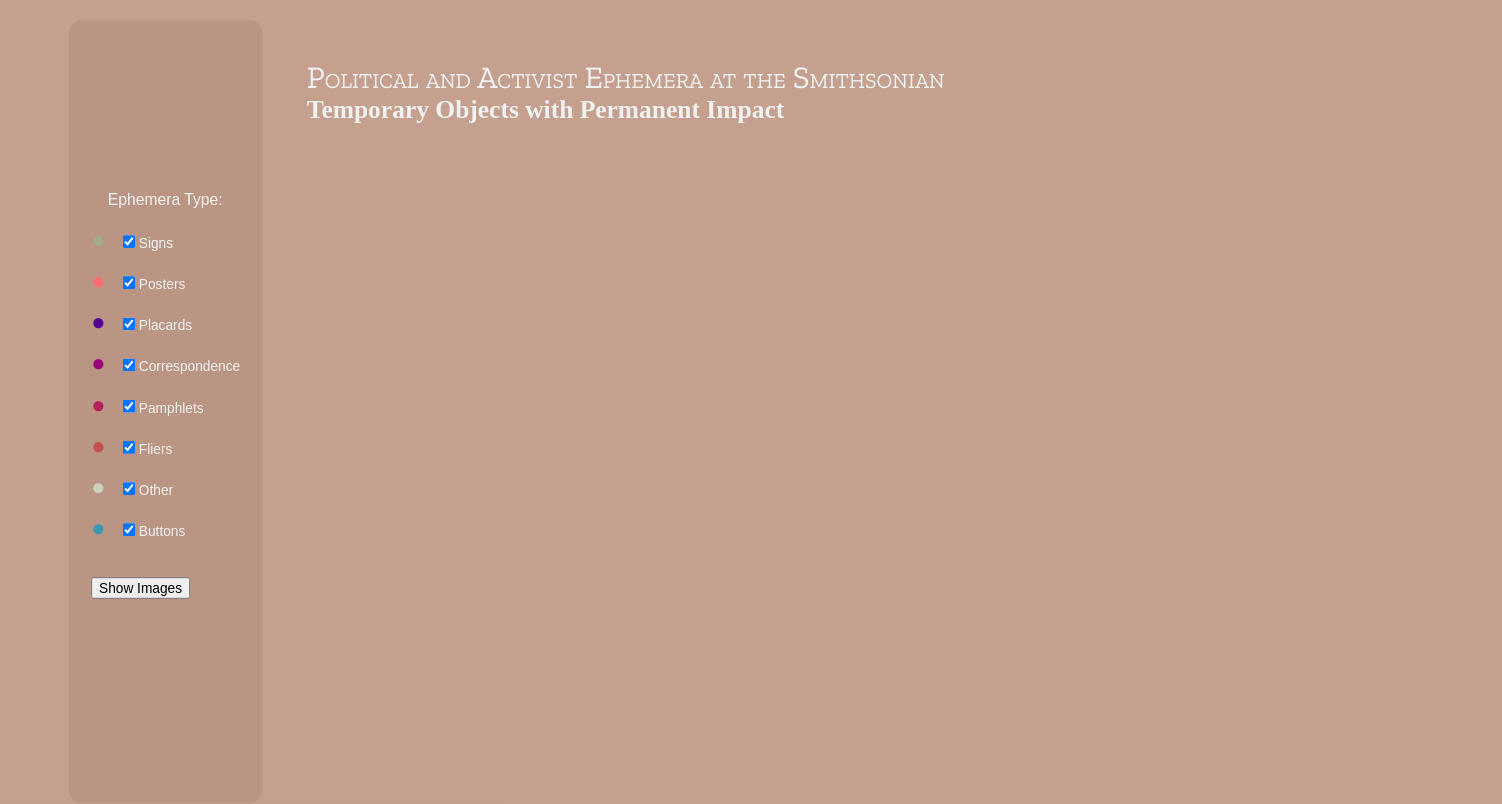
Repository: m0llyc00k/Major-studio-1
Page: Qualitative/examples-beeswarm/index-2.html
The author's editor kept a record of every edit. The page is drawn from the files as they stood at one moment, then again after the next edit.
The browser window is 1280 px wide. The page is 1533 px wide, so the pictures cover 1533 px, including what lies to the right of the window. The pictures show the whole page, at 98% of full size.
The page's requests for data from a server got no answer. Some web fonts or font styles are not loaded; a fallback is used.

Above is the page before.

After the next edit:
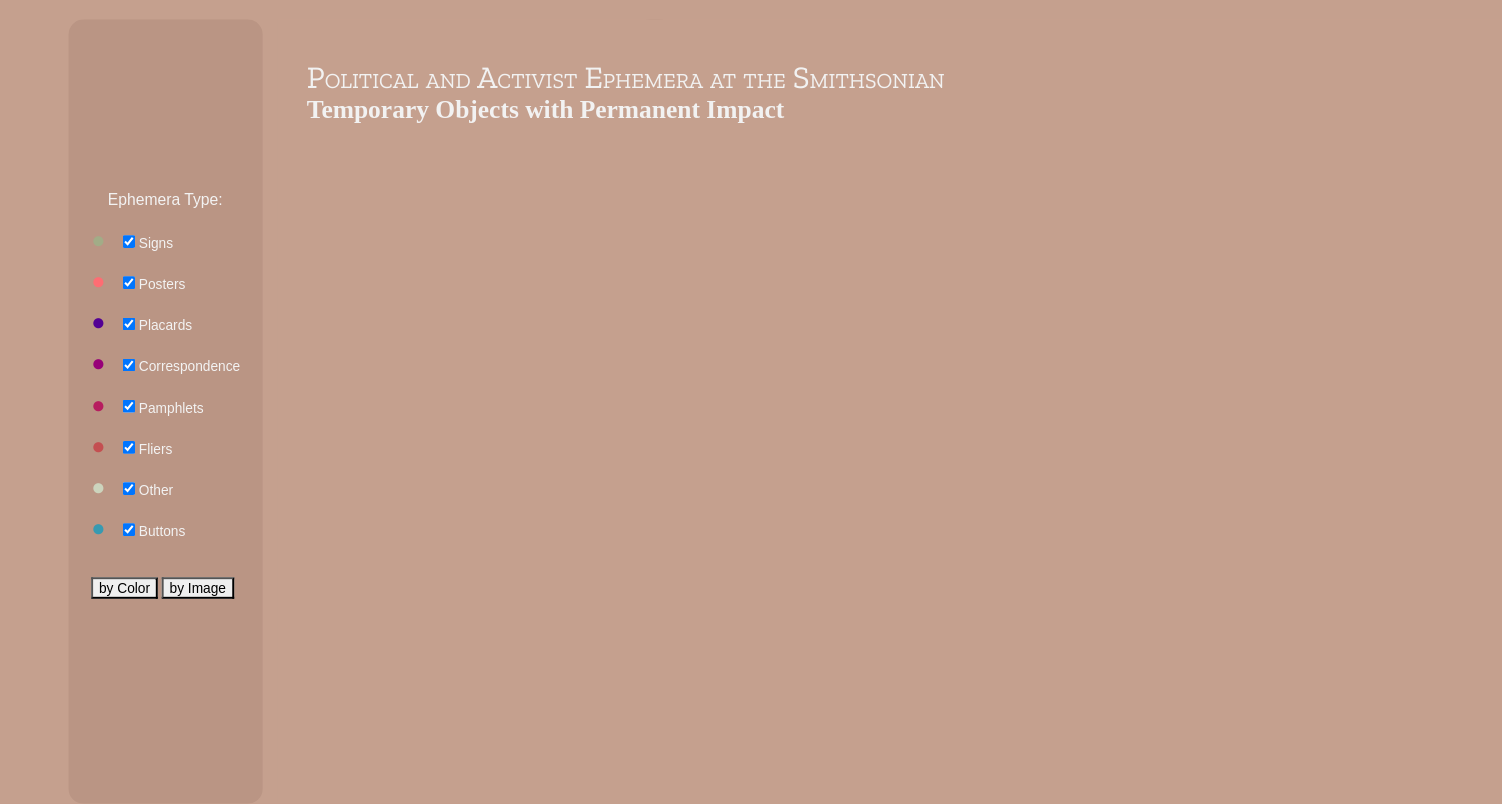
The edit:
--- a/Qualitative/examples-beeswarm/index-2.html
+++ b/Qualitative/examples-beeswarm/index-2.html
@@ -142,10 +142,8 @@
                 </label>
                 <div class="centered" style="padding-top: 25px">
     <div class="legendButtons" data-toggle="colorOrImage">
-         <input name="updateButton"
-           type="button"
-           value="Show Images"
-           onclick="changeImage()" />
+                <button onclick="changeColor()">by Color</button>
+                <button onclick="changeImage()">by Image</button>
         <!--<button type="button" onclick="changeColor()" id="color" class="measure mdl-button mdl-js-button mdl-button--raised mdl-button--colored" value="typeSort">Type by Color</button> </br>-->
         <!--<button type="button" onclick="changeImage()" id="image" class="measure mdl-button mdl-js-button mdl-button--raised mdl-button--colored" value="primaryImage">Type by Image</button>-->
     </div>
